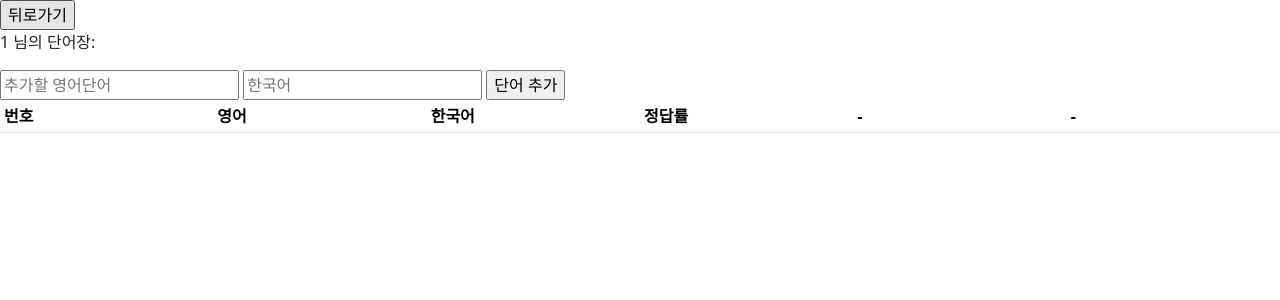
Repository: kokoko12334/myvocab-toy
Page: http://localhost/myVocabularyList/detail
An editor plug-in stored every save of this project. The page is shown before and after the next save, followed by the edit.
The browser window is 1280 px wide. The pictures show the whole page.
The page is served by Tomcat 9. The session is filled in as if someone had signed in: {"id": 1, "pwd": 1, "list": 1}. Other server files are loaded and not shown. Queries for data that is not in the repository find no rows.

Above is the page before, as saved 2023-04-06 15:27:15.

### myVocabularyList/src/main/webapp/WEB-INF/views/myvocabulary/detail.jsp
<%@ page language="java" contentType="text/html; charset=UTF-8"
    pageEncoding="UTF-8"%>
<%@ taglib prefix="c" uri = "http://java.sun.com/jsp/jstl/core" %>
<!DOCTYPE html>
<html>
<head>
<meta charset="UTF-8">
<title>Insert title here</title>
<link href="https://cdn.jsdelivr.net/npm/bootstrap@5.3.0-alpha3/dist/css/bootstrap.min.css" rel="stylesheet" integrity="sha384-KK94CHFLLe+nY2dmCWGMq91rCGa5gtU4mk92HdvYe+M/SXH301p5ILy+dN9+nJOZ" crossorigin="anonymous">

</head>
<body>

	<form action = "/login" method = "post">
		<input type = "hidden" name = "id"  value = "${id}">
		<input type = "hidden" name = "pwd" value =  "${pwd}">
		<input type = submit value = "뒤로가기">
	</form>

	<p>${id} 님의 단어장: ${vocabName}</p>

	<form action = "/addword" method = "post">
		<input type = text name = "english" placeholder = "추가할 영어단어">
		<input type = text name = "korean" placeholder = "한국어">
		<input type = submit value = "단어 추가">
	</form>

	<table class="table table-sm">
		<colgroup>
            <col width=5% height = 5%>
            <col width=5%>
            <col width=5%>
            <col width=5%>
            <col width=5%>
            <col width=5%>
        </colgroup>
		<tr>
			<th>번호</th>
			<th>영어</th>
			<th>한국어</th>
			<th>정답률</th>
			<th>-</th>
			<th>-</th>
		</tr>

		<c:forEach var = "w" items = "${wordsList}" varStatus = "st">
			<tr>
				<td>${st.index+1} </td>
				<td>${w[0]}</td>
				<td>${w[1]}</td>
				<td>${w[2]}</td>
				<td><input type="button" value="수정" onclick="showPopup('${w[0]}','${w[1]}');"/></td>
				<td><button type="button" onclick="location.href='/deleteword?idx=${st.index}&english=${w[0]}&korean=${w[1]}'">단어 삭제</button></td>
			</tr>
		</c:forEach>
	</table>



	 <script>
  		function showPopup(english, korean) {

  			var url = "/updateword?english=" + english + "&korean=" + korean;
  			window.open(url, "단어 수정창", "width=500, height=50, left=50, top=50");
  			}
  	</script>

</body>
</html>

### myVocabularyList/src/main/java/com/ko/web/controller/DetailController.java
package com.ko.web.controller;

import java.io.IOException;
import java.sql.SQLException;
import java.util.ArrayList;
import java.util.List;

import javax.servlet.ServletException;
import javax.servlet.annotation.WebServlet;
import javax.servlet.http.HttpServlet;
import javax.servlet.http.HttpServletRequest;
import javax.servlet.http.HttpServletResponse;
import javax.servlet.http.HttpSession;

import com.ko.web.service.WordsService;

@WebServlet("/detail")
public class DetailController extends HttpServlet{



	@Override
	protected void doGet(HttpServletRequest req, HttpServletResponse resp) throws ServletException, IOException {

		String id = req.getParameter("id");
		String vocabName = req.getParameter("name");


		WordsService wordsSvc = new WordsService();

		List<List<String>> wordsList = new ArrayList<>();


		try {

			wordsList = wordsSvc.getwords(id, vocabName);

			HttpSession session = req.getSession(false);
			session.setAttribute("wordsList", wordsList);
			session.setAttribute("vocabName", vocabName); // 단어장 이름도 저장


		} catch (ClassNotFoundException e) {

			e.printStackTrace();
		} catch (SQLException e) {

			e.printStackTrace();
		}

		req.getRequestDispatcher("/WEB-INF/views/myvocabulary/detail.jsp").forward(req, resp);









	}

}

### myVocabularyList/src/main/java/com/ko/web/service/WordsService.java
package com.ko.web.service;

import java.sql.Connection;
import java.sql.DriverManager;
import java.sql.PreparedStatement;
import java.sql.ResultSet;
import java.sql.SQLException;
import java.util.ArrayList;
import java.util.HashMap;
import java.util.List;

import com.ko.web.entity.WordsDto;
import com.mysql.cj.protocol.Resultset;

public class WordsService {
	String driver = "com.mysql.cj.jdbc.Driver";
	String url = "jdbc:mysql://localhost:3306/myvocab";
	String user = "test";
	String password = "1234";


	public int insert(WordsDto dto) throws ClassNotFoundException, SQLException {

		String id = dto.getId();
		String vocabName = dto.getVocabName();
		String english = dto.getEnglish();
		String korean = dto.getKorean();

		// 중복 단어 체크
		List<List<String>> list = new ArrayList<>();

		list = getwords(id, vocabName);

		for(List<String> i: list) {

			String check = i.get(0);

			if(check.equals(english)) {
				return -1;
			}

		}


		Class.forName(driver);

		Connection con = DriverManager.getConnection(url, user,password);

		String sql = "INSERT INTO words(id, vocab_name, english, korean) VALUES(?,?,?,?)";

		PreparedStatement psmt = con.prepareStatement(sql);

		psmt.setString(1, id);
		psmt.setString(2, vocabName);
		psmt.setString(3, english);
		psmt.setString(4, korean);



		int result = psmt.executeUpdate();


		psmt.close();
		con.close();


		return result;
	}


	public List<List<String>> getwords(String id, String vocabName) throws ClassNotFoundException, SQLException{

		String english;
		String korean;
		String score;

		Class.forName(driver);

		Connection con = DriverManager.getConnection(url, user,password);

		String sql = "SELECT english, korean, score FROM words WHERE id = ? AND vocab_name = ?";

		PreparedStatement psmt = con.prepareStatement(sql);

		psmt.setString(1, id);
		psmt.setString(2, vocabName);


		ResultSet rs = psmt.executeQuery();


		List<List<String>> list = new ArrayList<>();

		while(rs.next()) {

			List<String> words = new ArrayList<>();

			english = rs.getString("english");
			korean = rs.getString("korean");
			score = rs.getString("score");

			words.add(english);
			words.add(korean);
			words.add(score);

			list.add(words);
		}

		rs.close();
		psmt.close();
		con.close();


		return list;
	}

	public int deleteWord(WordsDto dto) throws ClassNotFoundException, SQLException {

		String id = dto.getId();
		String vocabName = dto.getVocabName();
		String english = dto.getEnglish();
		String korean = dto.getKorean();

		Class.forName(driver);

		Connection con = DriverManager.getConnection(url, user,password);

		String sql = "DELETE FROM words WHERE id = ? AND vocab_name = ? AND english = ? AND korean = ?";

		PreparedStatement psmt = con.prepareStatement(sql);

		psmt.setString(1, id);
		psmt.setString(2, vocabName);
		psmt.setString(3, english);
		psmt.setString(4, korean);

		int result = psmt.executeUpdate();


		psmt.close();
		con.close();

		return result;
	}


	public int updateWord(WordsDto dto, String changedEnglish, String changedKorean) throws ClassNotFoundException, SQLException {


		String id = dto.getId();
		String vocabName = dto.getVocabName();
		String english = dto.getEnglish();

		Class.forName(driver);

		Connection con = DriverManager.getConnection(url, user,password);

		String sql = "UPDATE words SET english = ?, korean = ? WHERE id = ? AND vocab_name= ? AND english = ?";

		PreparedStatement psmt = con.prepareStatement(sql);

		psmt.setString(1, changedEnglish);
		psmt.setString(2, changedKorean);
		psmt.setString(3, id);
		psmt.setString(4, vocabName);
		psmt.setString(5, english);



		int result = psmt.executeUpdate();


		psmt.close();
		con.close();


		return result;


	}
}

After the next save:
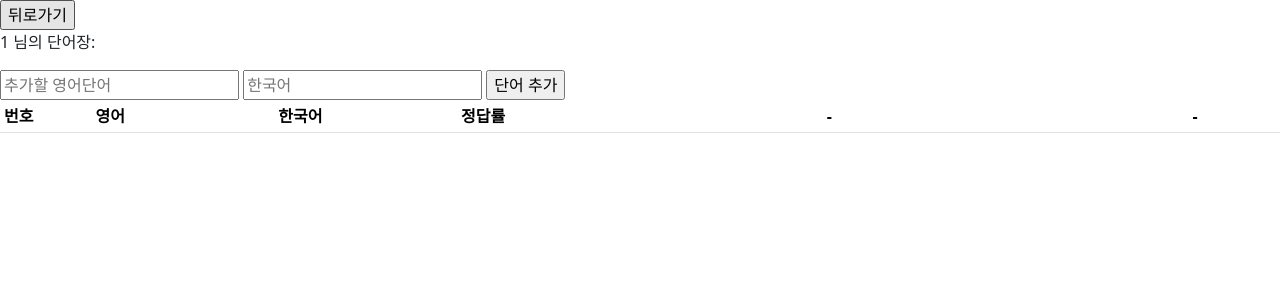
Saved 23 s later.
--- a/myVocabularyList/src/main/webapp/WEB-INF/views/myvocabulary/detail.jsp
+++ b/myVocabularyList/src/main/webapp/WEB-INF/views/myvocabulary/detail.jsp
@@ -27,11 +27,11 @@
 
 	<table class="table table-sm">
 		<colgroup>
-            <col width=5% height = 5%>
             <col width=5%>
-            <col width=5%>
-            <col width=5%>
-            <col width=5%>
+            <col width=10%>
+            <col width=10%>
+            <col width=20%>
+            <col width=20%>
             <col width=5%>
         </colgroup>
 		<tr>
